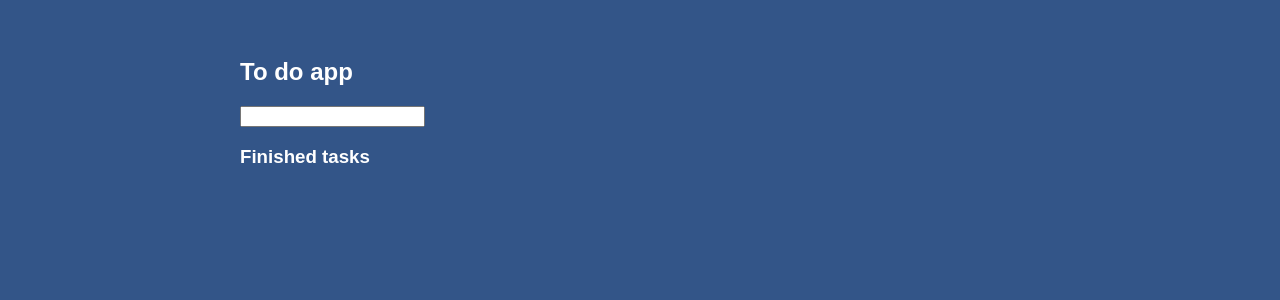
Repository: minsuk1/portfolio
Page: a.html
An editor plug-in stored every save of this project. The page is shown before and after the next save, followed by the edit.
The browser window is 1280 px wide. The pictures show the whole page.
Some web libraries are served in a nearby version.

Above is the page before, as saved 2021-01-02 12:01:42.

After the next save:
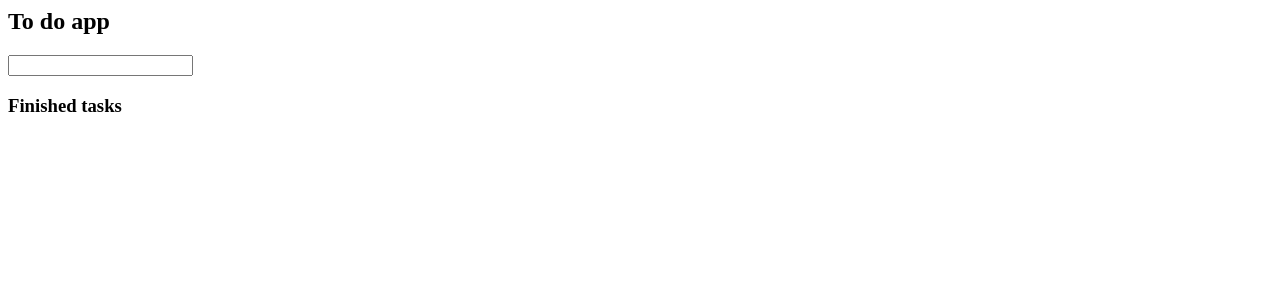
Console error: ReferenceError: $ is not defined
Saved 27 s later.
--- a/a.html
+++ b/a.html
@@ -1,23 +1,5 @@
 <html>
     <head>
-        <style>
-            body { background: #358; color: #fff; padding: 50px; font-family: sans-serif; }
-            a { color: #fff; font-size: 40px; }
-
-            section {
-                width: 800px;
-                margin: 0px auto;
-            }
-
-            .task {
-                width: 400px;
-            }
-
-            .strikeout {
-                text-decoration: line-through;
-            }
-        </style>
-        <script type="text/javascript" src="http://code.jquery.com/jquery-1.11.1.min.js"></script>
     </head>
     <body>
 

After the save that followed:
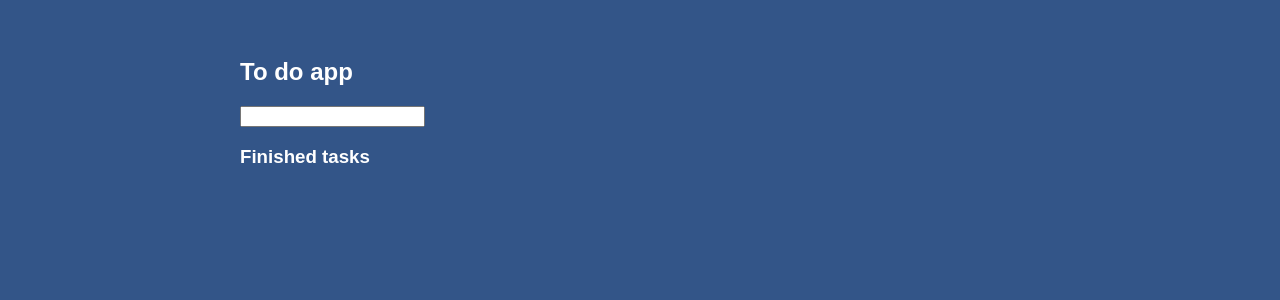
The error is gone.
Saved 9 s later.
--- a/a.html
+++ b/a.html
@@ -1,5 +1,23 @@
 <html>
     <head>
+        <style>
+            body { background: #358; color: #fff; padding: 50px; font-family: sans-serif; }
+            a { color: #fff; font-size: 40px; }
+
+            section {
+                width: 800px;
+                margin: 0px auto;
+            }
+
+            .task {
+                width: 400px;
+            }
+
+            .strikeout {
+                text-decoration: line-through;
+            }
+        </style>
+        <script type="text/javascript" src="http://code.jquery.com/jquery-1.11.1.min.js"></script>
     </head>
     <body>
 
